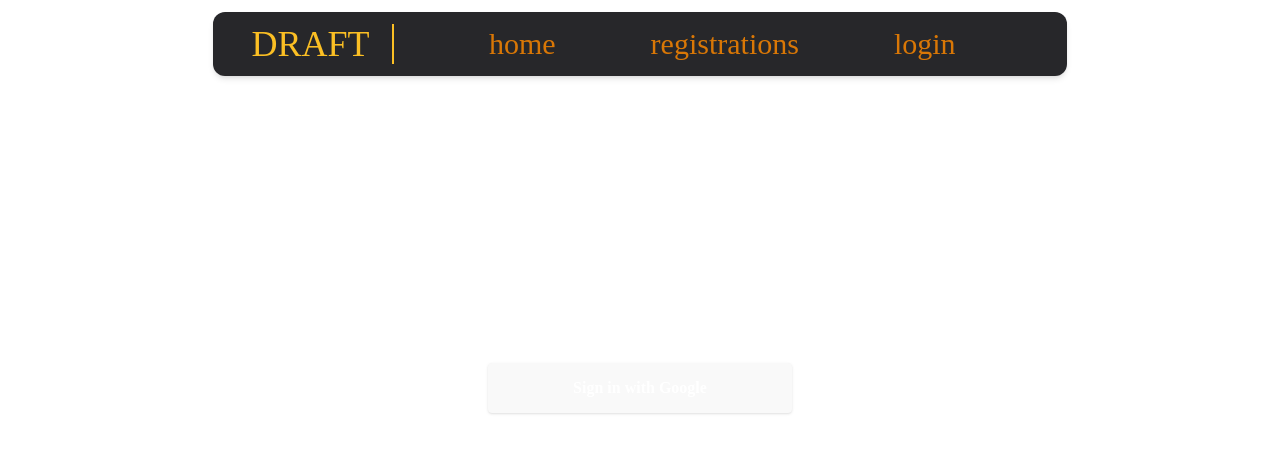
Repository: MehediMim/LeagueCrafter--Online-Auction-Platform-Project
Page: /login (app in my-app/)
The author's editor kept a copy of each file at every save. The page is drawn from the files as they stood at one save, then again after the next save.
The browser window is 1280 px wide. The pictures show the whole page.
Some web fonts or font styles are not loaded; a fallback is used. The project was rebuilt for these pictures with package versions that can differ from the ones it lists, and the page was loaded fresh each time. Also part of the build but not shown: my-app/vite.config.js, my-app/src/pages/Home.jsx, my-app/src/pages/Dashboard.jsx.

Above is the page before, as saved 2025-05-25 01:09:25.

### my-app/src/main.jsx
import { StrictMode } from 'react'
import { createRoot } from 'react-dom/client'
import React from 'react';
import ReactDOM from 'react-dom/client';
import './index.css'
import App from './App.jsx'
import { Auth0Provider } from '@auth0/auth0-react';
console.log("HELLO WORLD");
console.log('Domain:', import.meta.env.VITE_AUTH0_DOMAIN);
console.log('Client ID:', import.meta.env.VITE_AUTH0_CLIENT_ID);
console.log("HELLO WORLD");

ReactDOM.createRoot(document.getElementById('root')).render(
<React.StrictMode>
  <Auth0Provider
    domain={import.meta.env.VITE_AUTH0_DOMAIN}
    clientId={import.meta.env.VITE_AUTH0_CLIENT_ID}
    authorizationParams={{

      redirect_uri: window.location.origin,
      audience: import.meta.env.VITE_AUTH0_AUDIENCE
    }}
  >
    <App />
  </Auth0Provider>
</React.StrictMode>
);

### my-app/src/index.css
@import url('https://fonts.googleapis.com/css2?family=Bebas+Neue&display=swap');
@import url('https://fonts.googleapis.com/css2?family=Raleway:wght@400;700&display=swap');
@import url('https://fonts.googleapis.com/css2?family=Jaro&display=swap');
@import url('https://fonts.googleapis.com/css2?family=WDXL+Lubrifont+TC&display=swap');


@tailwind base;
@tailwind components;
@tailwind utilities;



:root {
  font-family: system-ui, Avenir, Helvetica, Arial, sans-serif;
  line-height: 1.5;
  font-weight: 400;

  color-scheme: light dark;
  color: rgba(255, 255, 255, 0.87);
  background-color: #242424;

  font-synthesis: none;
  text-rendering: optimizeLegibility;
  -webkit-font-smoothing: antialiased;
  -moz-osx-font-smoothing: grayscale;
}

a {
  font-weight: 500;
  color: #646cff;
  text-decoration: inherit;
}
a:hover {
  color: #535bf2;
}

body {
  margin: 0;
  display: flex;
  place-items: center;
  min-width: 320px;
  min-height: 100vh;
}

h1 {
  font-size: 3.2em;
  line-height: 1.1;
}

button {
  border-radius: 8px;
  border: 1px solid transparent;
  padding: 0.6em 1.2em;
  font-size: 1em;
  font-weight: 500;
  font-family: inherit;
  background-color: #1a1a1a;
  cursor: pointer;
  transition: border-color 0.25s;
}
button:hover {
  border-color: #646cff;
}
button:focus,
button:focus-visible {
  outline: 4px auto -webkit-focus-ring-color;
}

@media (prefers-color-scheme: light) {
  :root {
    color: #213547;
    background-color: #ffffff;
  }
  a:hover {
    color: #747bff;
  }
  button {
    background-color: #f9f9f9;
  }
}

### my-app/src/App.jsx
import { BrowserRouter, Routes, Route } from "react-router-dom";
import Navbar from "./components/Navbar";
import Home from "./pages/Home";
import Dashboard from "./pages/Dashboard";
import Login from "./pages/Login";


export default function App() {
  return (
    <BrowserRouter>
      <Navbar />
      <Routes>
        <Route path="/" element={<Home />} />
        <Route path="/dashboard" element={<Dashboard />} />
        <Route path="/login" element={<Login />} />
        {/* <Route path="/auction" element={<AuctionRoom />} /> */}
        {/* <Route path="*" element={<NotFound />} /> */}
      </Routes>
    </BrowserRouter>
  );
}

### my-app/src/components/Navbar.jsx
import { Link } from "react-router-dom";

export default function Navbar(params) {
  return (
    <div className="h-16 w-screen absolute top-3 z-50 flex justify-center">
      <div className="bg-zinc-800 shadow-md p-4 rounded-xl w-2/3 flex items-center">
        {/* <div className="w-auto h-auto rounded-xl m-4 flex p-4"> */}
          <div className="w-1/4 border-r-2 border-amber-400 flex justify-center">
            <Link><h1 className="font-jaro text-4xl text-amber-400 hover:text-white">DRAFT</h1></Link>
          </div>
          <div className="w-full flex justify-evenly   items-center">
            <Link to="/" className="text-amber-600 hover:text-white"><h1 className="text-3xl font-jaro">home</h1></Link>
            <Link className="text-amber-600 hover:text-white"><h1 className="text-3xl font-jaro">registrations</h1></Link>
            <Link to="/login" className="text-amber-600 hover:text-white"><h1 className="text-3xl  font-jaro">login</h1></Link>
          </div>
        {/* </div> */}
      </div>
    </div>
  )
};

### my-app/src/pages/Login.jsx
import React, { useEffect } from 'react';
import { useAuth0 } from '@auth0/auth0-react';

export default function Login() {
  const { loginWithRedirect, getAccessTokenSilently, isAuthenticated } = useAuth0();

  useEffect(() => {
    const fetchData = async () => {
      try {
        const token = await getAccessTokenSilently();
        const res = await fetch('http://localhost:5000/api/private', {
          headers: {
            Authorization: `Bearer ${token}`,
          },
        });
        const data = await res.json();
        console.log('Backend response:', data);
      } catch (err) {
        console.error("Auth or fetch error:", err);
      }
    };

    if (isAuthenticated) {
      fetchData();
    }
  }, [isAuthenticated, getAccessTokenSilently]);

  return (
    <div className="flex justify-center items-center h-screen w-screen ">
      <div className="p-10 rounded-xl w-96 font-kanit text-center flex flex-col items-start ">
        <h1 className="text-4xl font-jaro text-white mb-6">Sign In</h1>

        <button
          onClick={() => loginWithRedirect()}
          className="flex items-center gap-4 justify-center text-white font-jaro px-6 py-3 rounded shadow hover:bg-white hover:text-black w-full font-semibold mb-2 "
        >
          Sign in with Google
        </button>
      </div>
    </div>
  );
}

### my-app/tailwind.config.js
/** @type {import('tailwindcss').Config} */
export default {
  content: [
    "./index.html",
    "./src/**/*.{js,ts,jsx,tsx}",
  ],
  theme: {
    extend: {
      fontFamily: {
        bebas: ['"Bebas Neue"', 'cursive'],
        raleway: ['Raleway', 'sans-serif'],
        jaro: ['Jaro', 'cursive'],
        lubrifont: ['Lubrifont', 'sans-serif'],
      },
    },
  },
  plugins: [],
}

Loaded but not shown: my-app/index.html (common file)

After the next save:
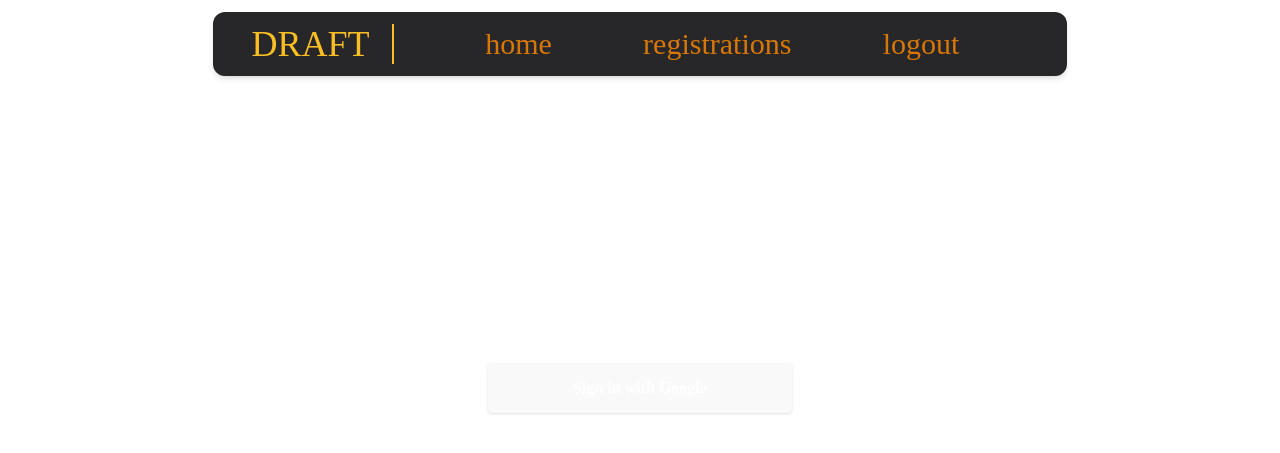
Saved 18 min 34 s later.
--- a/my-app/src/components/Navbar.jsx
+++ b/my-app/src/components/Navbar.jsx
@@ -1,6 +1,10 @@
 import { Link } from "react-router-dom";
+import { useAuth0 } from "@auth0/auth0-react";
 
 export default function Navbar(params) {
+
+  const { user,isAuthenticated,isLoading} = useAuth0();
+
   return (
     <div className="h-16 w-screen absolute top-3 z-50 flex justify-center">
       <div className="bg-zinc-800 shadow-md p-4 rounded-xl w-2/3 flex items-center">
@@ -11,7 +15,10 @@
           <div className="w-full flex justify-evenly   items-center">
             <Link to="/" className="text-amber-600 hover:text-white"><h1 className="text-3xl font-jaro">home</h1></Link>
             <Link className="text-amber-600 hover:text-white"><h1 className="text-3xl font-jaro">registrations</h1></Link>
-            <Link to="/login" className="text-amber-600 hover:text-white"><h1 className="text-3xl  font-jaro">login</h1></Link>
+            {isAuthenticated ? <Link to="/login" className="text-amber-600 hover:text-white"><h1 className="text-3xl  font-jaro">login</h1></Link>
+            :
+            <Link to="/login" className="text-amber-600 hover:text-white"><h1 className="text-3xl  font-jaro">logout</h1></Link>}
+
           </div>
         {/* </div> */}
       </div>

After the save that followed:
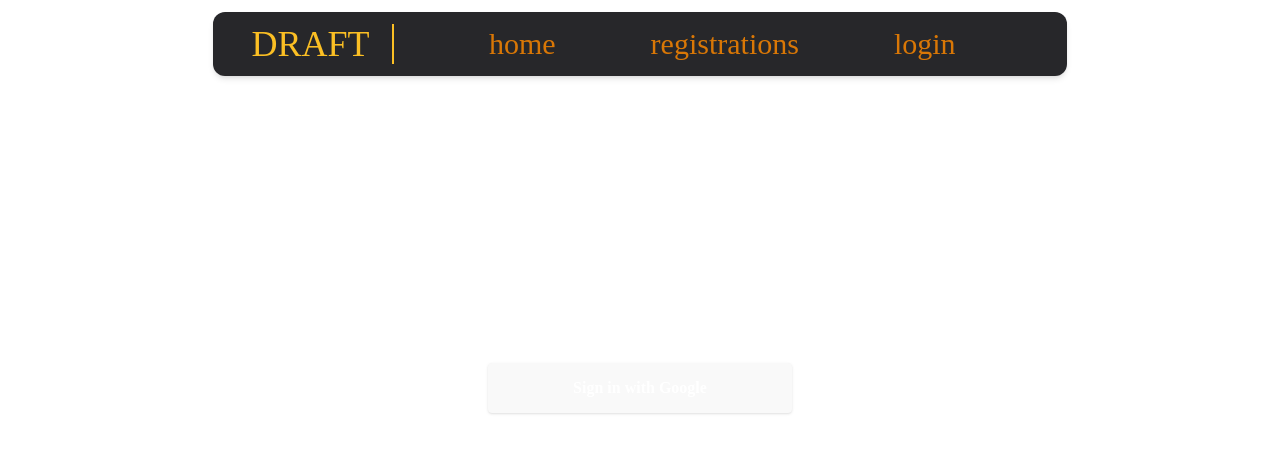
Saved 2 min 12 s later.
--- a/my-app/src/components/Navbar.jsx
+++ b/my-app/src/components/Navbar.jsx
@@ -3,7 +3,7 @@
 
 export default function Navbar(params) {
 
-  const { user,isAuthenticated,isLoading} = useAuth0();
+  const { user,isAuthenticated,isLoading,loginWithRedirect, logout} = useAuth0();
 
   return (
     <div className="h-16 w-screen absolute top-3 z-50 flex justify-center">
@@ -15,9 +15,8 @@
           <div className="w-full flex justify-evenly   items-center">
             <Link to="/" className="text-amber-600 hover:text-white"><h1 className="text-3xl font-jaro">home</h1></Link>
             <Link className="text-amber-600 hover:text-white"><h1 className="text-3xl font-jaro">registrations</h1></Link>
-            {isAuthenticated ? <Link to="/login" className="text-amber-600 hover:text-white"><h1 className="text-3xl  font-jaro">login</h1></Link>
-            :
-            <Link to="/login" className="text-amber-600 hover:text-white"><h1 className="text-3xl  font-jaro">logout</h1></Link>}
+            {!isAuthenticated && <Link to="/login" className="text-amber-600 hover:text-white"><h1 className="text-3xl  font-jaro">login</h1></Link>}
+            {isAuthenticated && <Link to="/login" className="text-amber-600 hover:text-white"><h1 className="text-3xl  font-jaro">profile</h1></Link>}
 
           </div>
         {/* </div> */}
